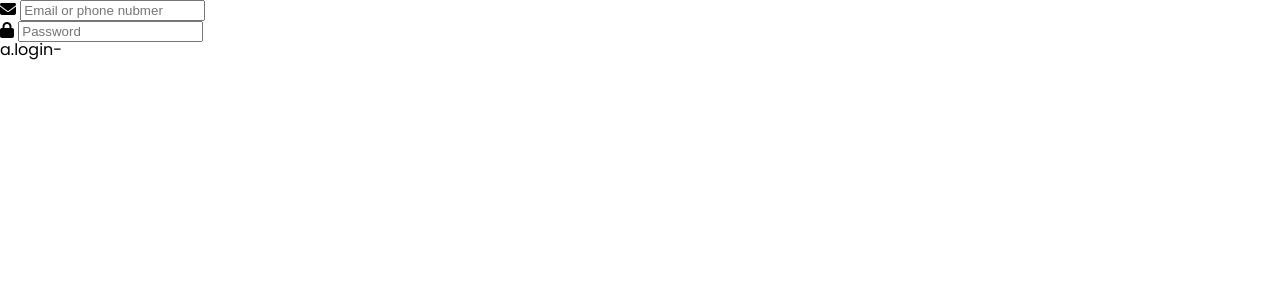
Repository: haphuocsang1801/github-group4
Page: login.html
The author's editor kept a copy of each file at every save. The page is drawn from the files as they stood at one save, then again after a run of saves.
The browser window is 1280 px wide. The pictures show the whole page.
Some web libraries are served in a nearby version. The style sheet was rebuilt from its Sass, Less or Tailwind sources for each picture, by a compiler version that may differ from the author's.

Above is the page before, as saved 2021-09-17 18:37:01.

### login.html
<!DOCTYPE html>
<html lang="en">
  <head>
    <meta charset="UTF-8" />
    <meta http-equiv="X-UA-Compatible" content="IE=edge" />
    <meta name="viewport" content="width=device-width, initial-scale=1.0" />
    <link
      href="https://fonts.googleapis.com/css2?family=Poppins:wght@300;400;700&display=swap"
      rel="stylesheet"
    />
    <script
      src="https://kit.fontawesome.com/85150e2613.js"
      crossorigin="anonymous"
    ></script>
    <link rel="stylesheet" href="./css/reset.css" />
    <link rel="stylesheet" href="./css/style.css" />
    <title>Document</title>
  </head>
  <body>
    <div class="login">
      <div class="login-field">
        <i class="fa fa-envelope login-icon">
        </i>
        <input type="text" class="login-input" placeholder="Email or phone nubmer">
      </div>
      <div class="login-field">
        <i class="fa fa-lock login-icon">
        </i>
        <input type="password" class="login-input" placeholder="Password">
      </div>
      a.login-
    </div>
  </body>
</html>

### css/reset.css
/* http://meyerweb.com/eric/tools/css/reset/
   v2.0 | 20110126
   License: none (public domain)
*/
/*
<link rel="preconnect" href="https://fonts.googleapis.com">
<link rel="preconnect" href="https://fonts.gstatic.com" crossorigin>
<link href="https://fonts.googleapis.com/css2?family=Poppins:wght@300;400;700&display=swap" rel="stylesheet">
*/
html, body, div, span, applet, object, iframe,
h1, h2, h3, h4, h5, h6, p, blockquote, pre,
a, abbr, acronym, address, big, cite, code,
del, dfn, em, img, ins, kbd, q, s, samp,
small, strike, strong, sub, sup, tt, var,
b, u, i, center,
dl, dt, dd, ol, ul, li,
fieldset, form, label, legend,
table, caption, tbody, tfoot, thead, tr, th, td,
article, aside, canvas, details, embed,
figure, figcaption, footer, header, hgroup,
menu, nav, output, ruby, section, summary,
time, mark, audio, video {
	margin: 0;
	padding: 0;
	border: 0;
	font-size: 100%;
	font: inherit;
	vertical-align: baseline;
}
/* HTML5 display-role reset for older browsers */
article, aside, details, figcaption, figure,
footer, header, hgroup, menu, nav, section {
	display: block;
}
body {
	line-height: 1;
	font-family: 'Poppins', sans-serif;
}
ol, ul {
	list-style: none;
}
blockquote, q {
	quotes: none;
}
blockquote:before, blockquote:after,
q:before, q:after {
	content: '';
	content: none;
}
table {
	border-collapse: collapse;
	border-spacing: 0;
}

### scss/style.scss
@import "variable";
@import "base";
@import "header";
@import "footer";
@import "login";

### scss/_variable.scss
$gray-dark:#272E35;
$primary-color:#E2783C;
$background:#fcf9f6;
$background-input:#f3f4f4;

### scss/_base.scss
.wrapper{
    max-width: 1440px;
    margin: 0 auto;
}
 .container-login{
   background-color: $background;
   width: 300px;
   margin: 0 auto;
   margin-top: 200px;
 }

.button{
    transition: all 0.2s linear;
    display: inline-block;
    font-size: 16px;
    color: $gray-dark;
    padding: 20px 30px;
    border-radius: 10px;
    outline: none;
    cursor: pointer;
    background-color: transparent;
    line-height: normal;
    text-decoration: none;
    &--primary{
      color: white;
      background-color: $primary-color;
    }

}

### scss/_header.scss
.header {
  padding-top: 43px;
  display: flex;
  align-items: center;
  justify-content: space-between;
  &-logo {
    &-image {
      width: 235px;
    }
  }
  &-menu {
    display: flex;
    align-items: center;
    gap: 60px;
    &-product{
        display: flex;
        align-items: center;
        gap: 5px;
    }
    &-child{
        position: absolute;
        top:30px;
        width: 170px;
        display: flex;
        flex-direction: column;
        gap: 35px;
        background-color: $background;
        border-radius: 5px;
        padding: 20px 10px;
        opacity: 0;
        visibility: hidden;
        transition: all 0.25s;
    }
    &-item {
        position: relative;
      a {
        color: $gray-dark;
        text-decoration: none;
        &:hover {
          color: $primary-color;
          transition: color 0.2s ease-in-out;
        }
      }
    }
  }
  &-cart{
      font-size: 35px;
      cursor: pointer;
      :hover{
          color: $primary-color;
      }
  }
  &-search {
    padding: 10px;
    background-color: #f3f4f4;
    border-radius: 8px;
    display: flex;
    margin-right: -20px;
    transition: all 0.25s linear;
    &:hover {
      background-color: white;
      -webkit-box-shadow: 0px 0px 25px 0px rgba(226, 120, 60, 0.8);
      -moz-box-shadow: 0px 0px 25px 0px rgba(226, 120, 60, 0.8);
      box-shadow: 0px 0px 25px 0px rgba(226, 120, 60, 0.8);
    }
    &-icon {
      font-size: 30px;
      cursor: pointer;
    }
    input {
      width: 120px;
      font-size: 15px;
      width: inherit;
      padding: 10px 0;
      border: 0;
      border-radius: #f3f4f4;
      background-color: inherit;
      outline: none;
    }
  }
}
.hover:hover .header-menu-child{
    opacity: 1;
    visibility: visible;

}

### scss/_footer.scss
.footer {
  margin-top: 500px;
  padding: 40px 40px;
  background-color: $background;
  &-main {
    display: grid;
    grid-template-columns: repeat(2, 1fr);
    gap: 50px;
  }
  &-logo {
    display: inline-block;
    margin-bottom: 50px;
  }
  &-desc {
    font-size: 16px;
    margin-bottom: 40px;
    line-height: 1.5;
  }
  .social {
    display: flex;
    align-items: center;
    gap: 0 30px;
  }
  .social-item {
    cursor: pointer;
    color: $gray-dark;
    &:hover {
      color: $primary-color;
    }
  }
  &-heading {
    font-size: 18px;
    color: $gray-dark;
    margin-bottom: 40px;
    font-weight: bold;
  }
  &-links {
    list-style: none;
  }
  &-item {
    margin-bottom: 30px;
  }
  &-link {
    display: inline-block;
    color: $gray-dark;
  }
  &-info {
    list-style: none;
    margin-bottom: 40px;
  }
  &-info li {
    margin-bottom: 15px;
    line-height: 1.6;
  }
  &-highlight {
    color: white;
  }
  &-bottom {
    background-color: $gray-dark;
    line-height: 1.6;
  }
  &-bottom a {
    text-decoration: inherit;
    color: white;
  }
}

Loaded but not shown: scss/_login.scss (no stored copy; drawn as an empty file)

After the next 2 saves:
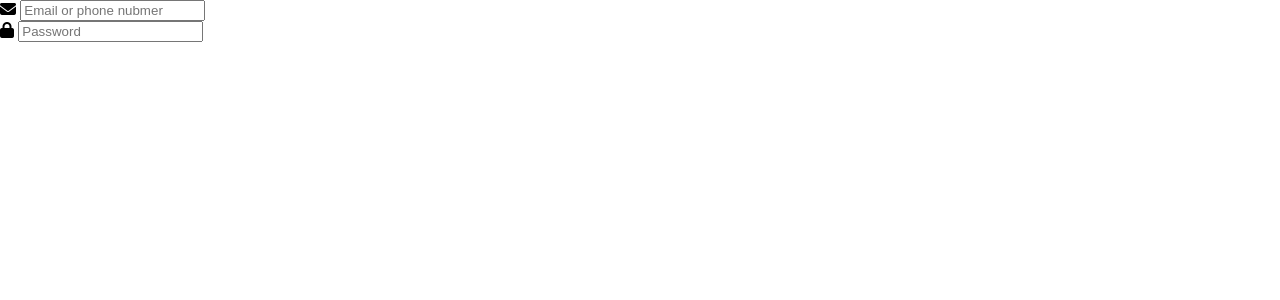
The 2 saves are shown as one change because they came seconds apart.
The last was saved 7 s later.
--- a/login.html
+++ b/login.html
@@ -28,7 +28,7 @@
         </i>
         <input type="password" class="login-input" placeholder="Password">
       </div>
-      a.login-
+      <a href="" class="login-forgot-password"></a>
     </div>
   </body>
 </html>
